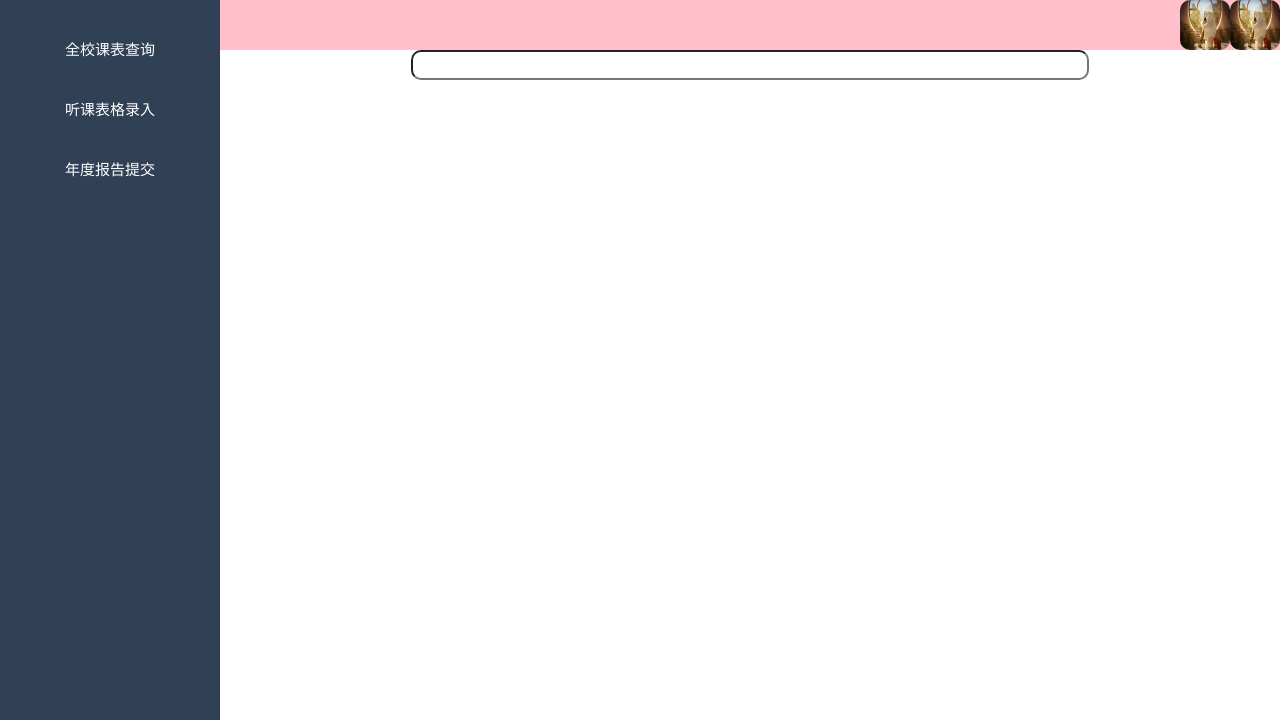
Repository: shandamengcheng/graduate-project
Page: /home
These files come from the project's save history. The page is drawn as it stood at one moment and after the next save; the edit follows.
The browser window is 1280 px wide. The pictures show the whole page.
The project was rebuilt for these pictures with package versions that can differ from the ones it lists, and the page was loaded fresh each time. Also part of the build but not shown: src/views/Login.vue.

Above is the page before, as saved 2021-03-11 00:30:05.

After the next save:
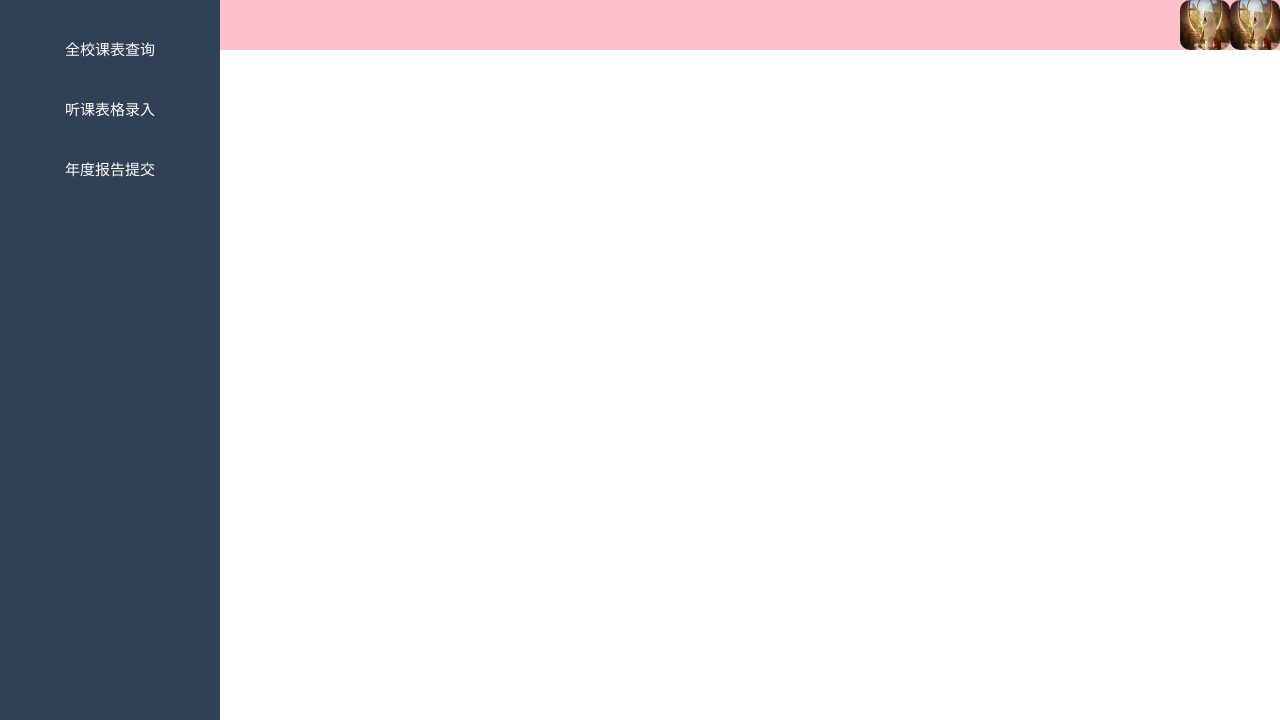
Saved 15 h 53 min later.
--- a/src/router/index.js
+++ b/src/router/index.js
@@ -2,6 +2,7 @@
 import VueRouter from 'vue-router'
 import Home from '../views/Home.vue'
 import Login from '../views/Login.vue';
+import Search from '../components/Search.vue';
 
 Vue.use(VueRouter)
 
@@ -14,7 +15,14 @@
   {
     path: '/home',
     name: Home,
-    component: Home
+    component: Home,
+    children:[
+      {
+        path: 'search',
+        name: 'Search',
+        component: Search,
+      }
+    ]
   }
 ]
 
--- a/src/views/Home.vue
+++ b/src/views/Home.vue
@@ -3,7 +3,7 @@
     <SideBar />
     <div class="nav">
       <NavigationBar />
-      <Search />
+      <!-- <Search /> -->
     </div>
     <router-view />
   </div>
--- a/src/components/SideBar.vue
+++ b/src/components/SideBar.vue
@@ -1,7 +1,7 @@
 <template>
   <div class="sidebar">
     <SideBarItem>
-      <div>全校课表查询</div>
+      <div @click.prevent="showSearchView">全校课表查询</div>
     </SideBarItem>
     <SideBarItem>
       <div>听课表格录入</div>
@@ -19,6 +19,11 @@
   name: "SideBar",
   components: {
     SideBarItem,
+  },
+  methods: {
+    showSearchView: function() {
+      this.$router.push('search');
+    }
   }
 }
 </script>

After the 4 saves that followed:
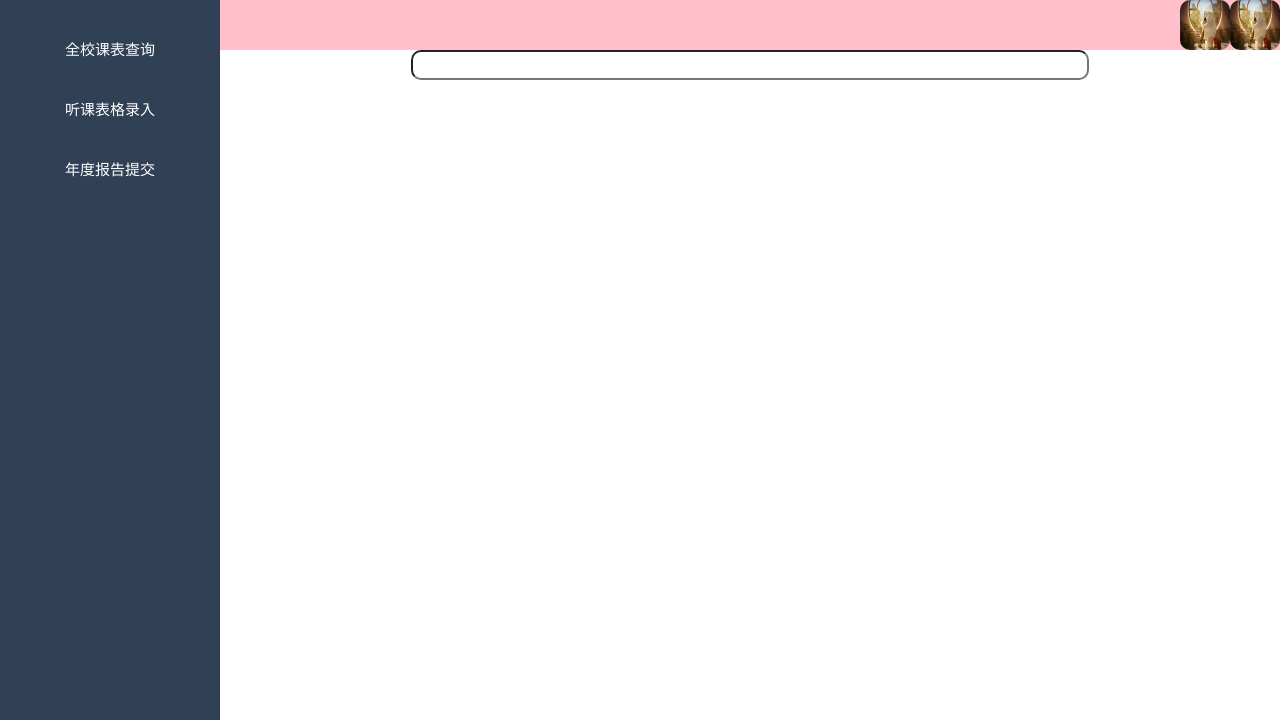
The 4 saves are shown as one change because 3 left the picture as it was.
The last was saved 7 min 56 s later.
--- a/src/router/index.js
+++ b/src/router/index.js
@@ -18,6 +18,11 @@
     component: Home,
     children:[
       {
+        path: '/',
+        name: 'Search',
+        component: Search,
+      },
+      {
         path: 'search',
         name: 'Search',
         component: Search,
--- a/src/views/Home.vue
+++ b/src/views/Home.vue
@@ -3,9 +3,9 @@
     <SideBar />
     <div class="nav">
       <NavigationBar />
+      <router-view />
       <!-- <Search /> -->
     </div>
-    <router-view />
   </div>
 </template>
 
--- a/src/components/SideBar.vue
+++ b/src/components/SideBar.vue
@@ -1,7 +1,7 @@
 <template>
   <div class="sidebar">
     <SideBarItem>
-      <div @click.prevent="showSearchView">全校课表查询</div>
+      <div>全校课表查询</div>
     </SideBarItem>
     <SideBarItem>
       <div>听课表格录入</div>
@@ -20,11 +20,7 @@
   components: {
     SideBarItem,
   },
-  methods: {
-    showSearchView: function() {
-      this.$router.push('search');
-    }
-  }
+
 }
 </script>
 
